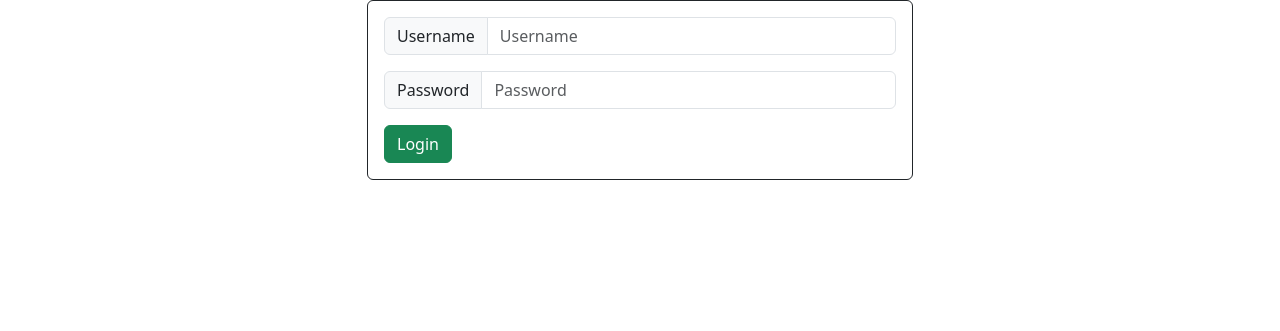
Repository: FrancescoGiordano23/WebappKebab
Page: http://localhost/EsercizioKebab/
An editor plug-in stored every save of this project. The page is shown before and after the next save, followed by the edit.
The browser window is 1280 px wide. The pictures show the whole page.
The page is served by Tomcat 10.

Above is the page before, as saved 2024-08-02 12:31:10.

After the next save:
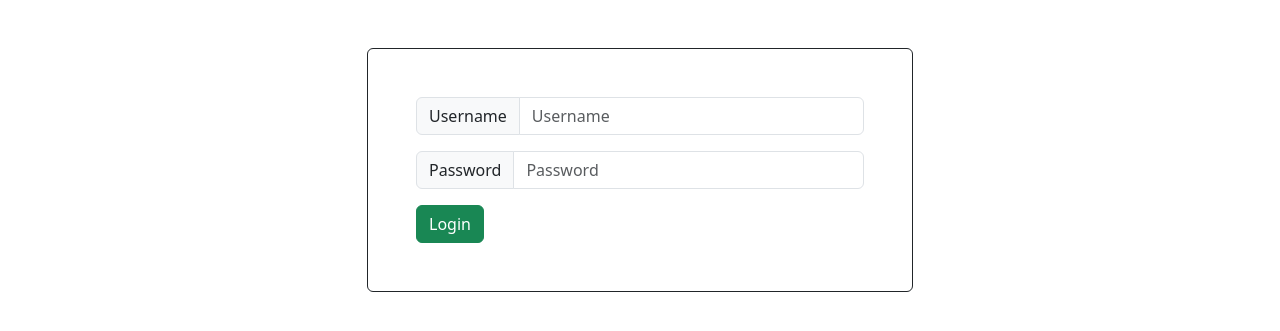
Saved 14 s later.
--- a/EsercizioKebab/src/main/webapp/login.jsp
+++ b/EsercizioKebab/src/main/webapp/login.jsp
@@ -24,7 +24,7 @@
 			<!-- CENTER -->
 
 			<div class="col-6">
-				<div class="border border-dark rounded p-3">
+				<div class="border border-dark rounded p-5 my-5">
 					<form action="LoginServlet" method="post">
 						<div class="input-group mb-3">
 							<span class="input-group-text" id="basic-addon-username">Username</span>
